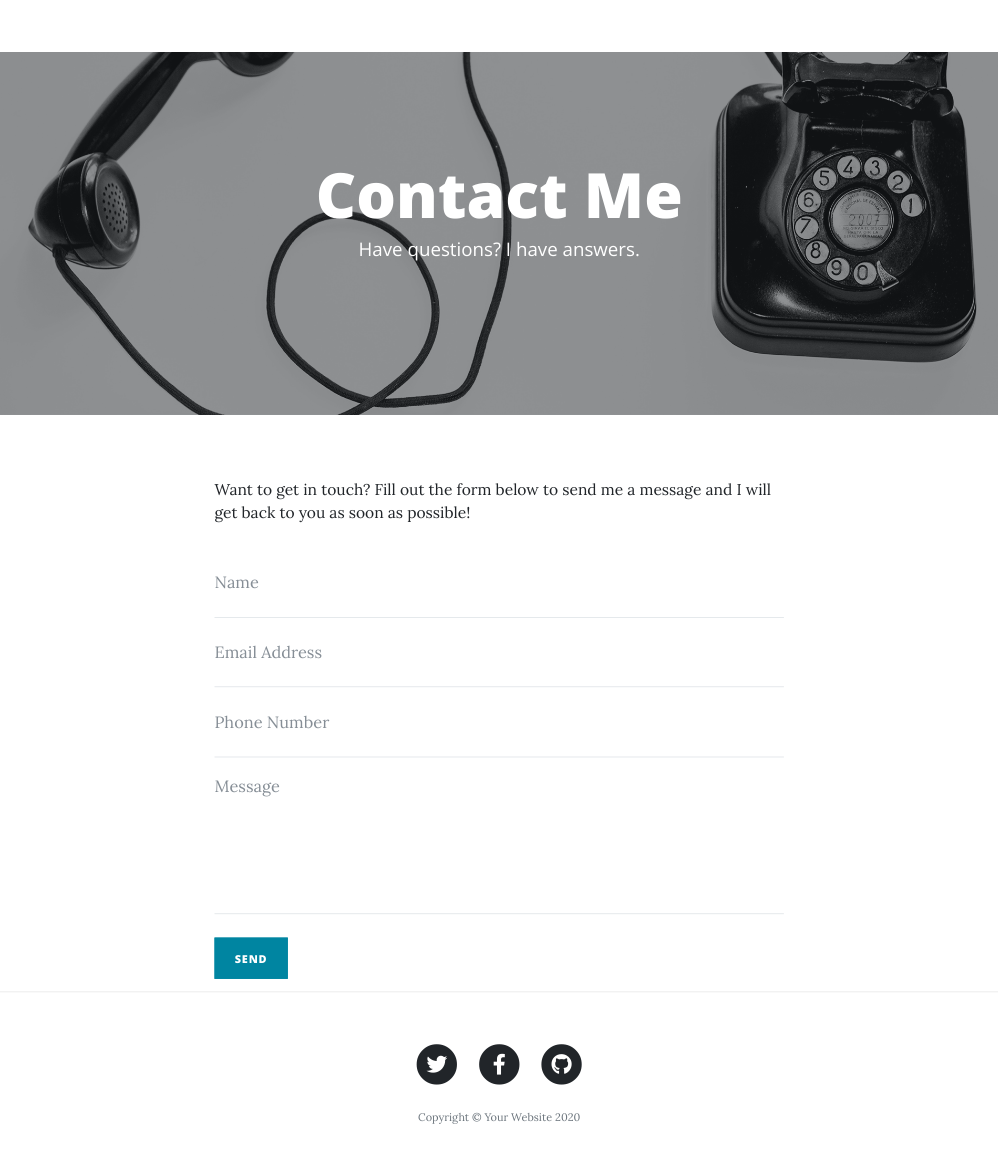
Repository: elvinyeka/elvin-blog
Page: http://localhost/register
An editor plug-in stored every save of this project. The page is shown before and after the next save, followed by the edit.
The browser window is 1280 px wide. The pictures show the whole page, at 78% of full size.
The page is served by the project's application, run on Flask 3 (CLEANBLOG/__init__.py).

Above is the page before, as saved 2020-10-12 00:53:54.

After the next save:
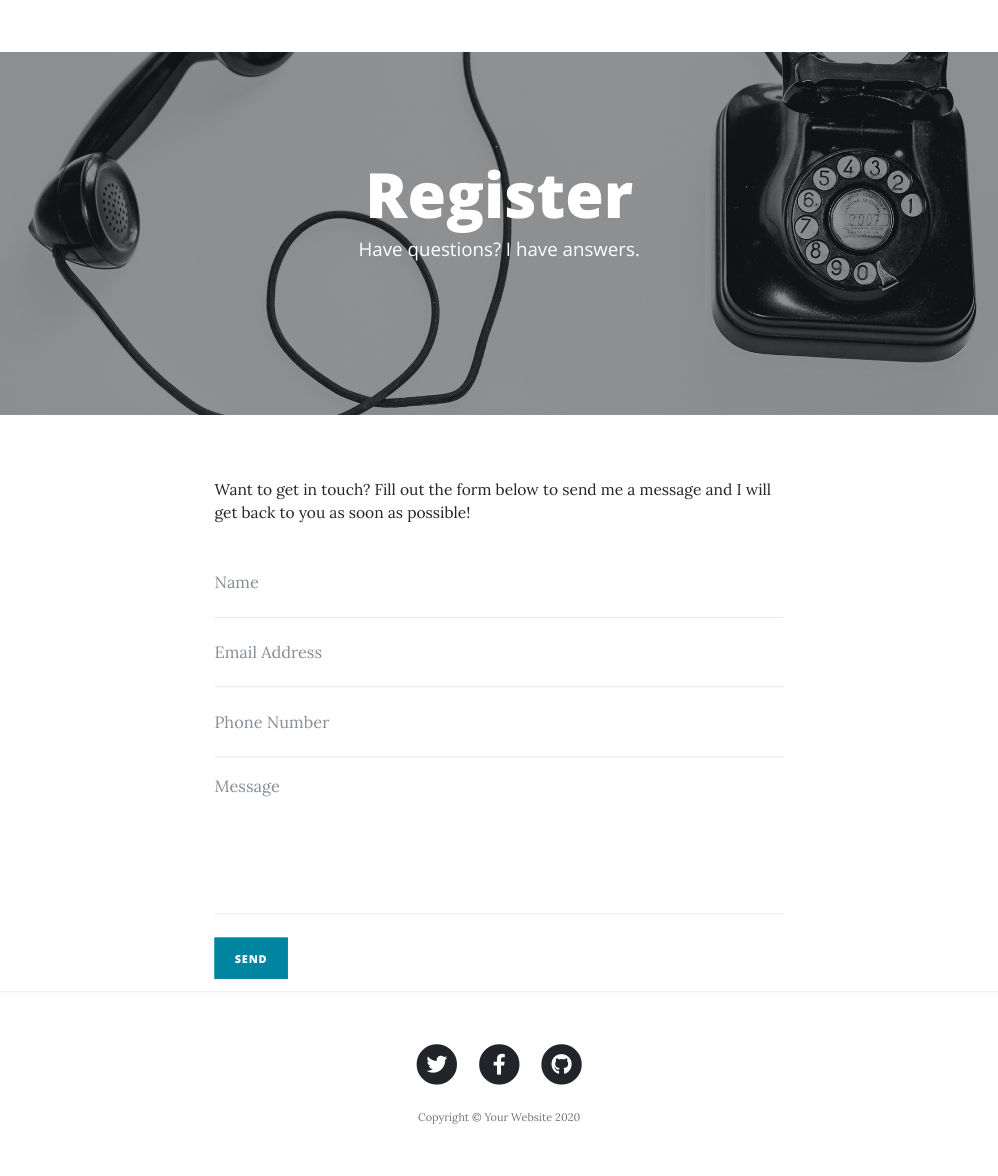
Saved 22 min 19 s later.
--- a/CLEANBLOG/templates/register.html
+++ b/CLEANBLOG/templates/register.html
@@ -7,7 +7,7 @@
         <div class="row">
             <div class="col-lg-8 col-md-10 mx-auto">
                 <div class="page-heading">
-                    <h1>Contact Me</h1>
+                    <h1>Register</h1>
                     <span class="subheading">Have questions? I have answers.</span>
                 </div>
             </div>
